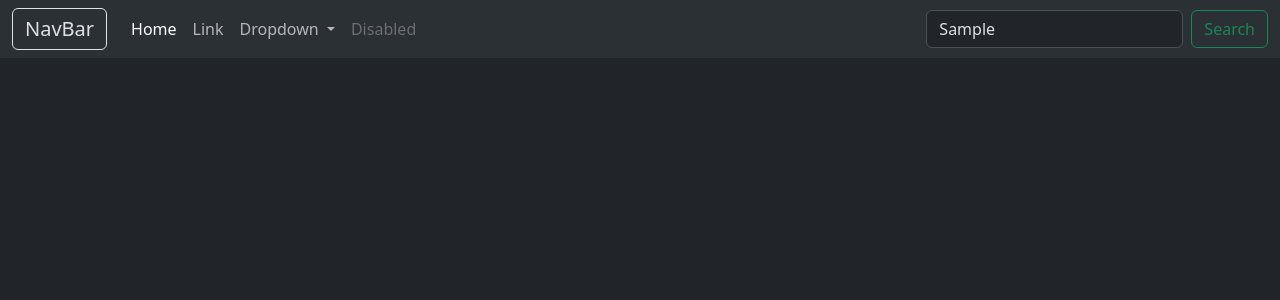
Repository: VictoriousMango/Archive
Page: index.html
An editor plug-in stored every save of this project. The page is shown before and after the next save, followed by the edit.
The browser window is 1280 px wide. The pictures show the whole page.
Empty fields were first filled with sample values (such as "Sample", 5 or name@example.com).
After loading, the first visible `a.navbar-brand` was clicked once.

Above is the page before, as saved 2024-06-05 23:06:53.

### index.html
<!doctype html>
<html lang="en">
    <head>
        <meta charset="utf-8">
        <meta name="viewport" content="width=device-width, initial-scale=1">
        <title>Bootstrap demo</title>
        <link href="https://cdn.jsdelivr.net/npm/bootstrap@5.3.3/dist/css/bootstrap.min.css" rel="stylesheet" integrity="sha384-QWTKZyjpPEjISv5WaRU9OFeRpok6YctnYmDr5pNlyT2bRjXh0JMhjY6hW+ALEwIH" crossorigin="anonymous">    </head>
    <body data-bs-theme="dark">
        <!-- NavBar -->
        <nav class="navbar navbar-expand-lg bg-body-tertiary ">
            <div class="container-fluid">
                <a href="#" class="navbar-brand btn" role="button" data-bs-toggle="button" onclick="Toggling()">NavBar</a>
              <button class="navbar-toggler" type="button" data-bs-toggle="collapse" data-bs-target="#navbarSupportedContent" aria-controls="navbarSupportedContent" aria-expanded="false" aria-label="Toggle navigation">
                <span class="navbar-toggler-icon"></span>
              </button>
                <div class="collapse navbar-collapse" id="navbarSupportedContent">
                    <ul class="navbar-nav me-auto mb-2 mb-lg-0">
                    <li class="nav-item">
                        <a class="nav-link active" aria-current="page" href="#">Home</a>
                    </li>
                    <li class="nav-item">
                        <a class="nav-link" href="#">Link</a>
                    </li>
                    <li class="nav-item dropdown">
                        <a class="nav-link dropdown-toggle" href="#" role="button" data-bs-toggle="dropdown" aria-expanded="false">
                        Dropdown
                        </a>
                        <ul class="dropdown-menu">
                        <li><a class="dropdown-item" href="#">Action</a></li>
                        <li><a class="dropdown-item" href="#">Another action</a></li>
                        <li><hr class="dropdown-divider"></li>
                        <li><a class="dropdown-item" href="#">Something else here</a></li>
                        </ul>
                    </li>
                    <li class="nav-item">
                        <a class="nav-link disabled" aria-disabled="true">Disabled</a>
                    </li>
                    </ul>
                    <form class="d-flex" role="search">
                        <input class="form-control me-2" type="search" placeholder="Search" aria-label="Search">
                        <button class="btn btn-outline-success" type="submit">Search</button>
                    </form>
                </div>
            </div>
        </nav>
        <!-- NavBar -->
        <!-- Including JS -->
        <script src="https://cdn.jsdelivr.net/npm/bootstrap@5.3.3/dist/js/bootstrap.bundle.min.js" integrity="sha384-YvpcrYf0tY3lHB60NNkmXc5s9fDVZLESaAA55NDzOxhy9GkcIdslK1eN7N6jIeHz" crossorigin="anonymous"></script>
        <!-- JS for the web page -->
        <script>
            function Toggling() {
                console.log("Clicked the toggle button")
            }
        </script>
    </body>
</html>

After the next save:
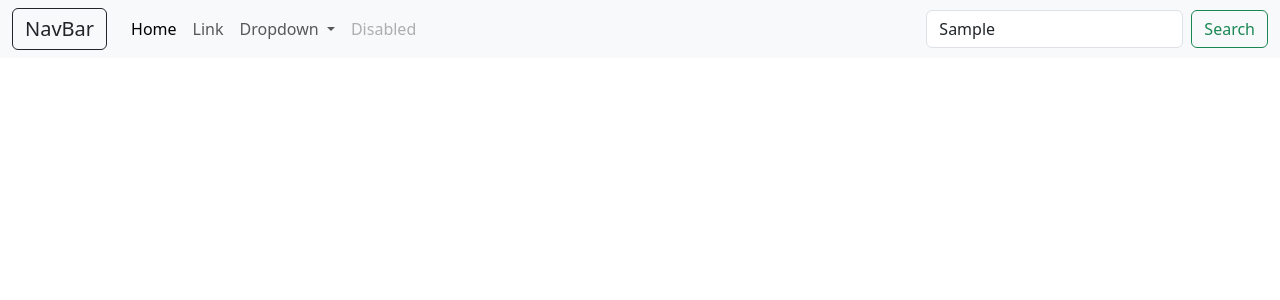
Saved 2 min 53 s later.
--- a/index.html
+++ b/index.html
@@ -50,6 +50,9 @@
         <script>
             function Toggling() {
                 console.log("Clicked the toggle button")
+                console.log()
+                var element = document.body;
+                element.dataset.bsTheme = element.dataset.bsTheme=="light"?"dark":"light"
             }
         </script>
     </body>
